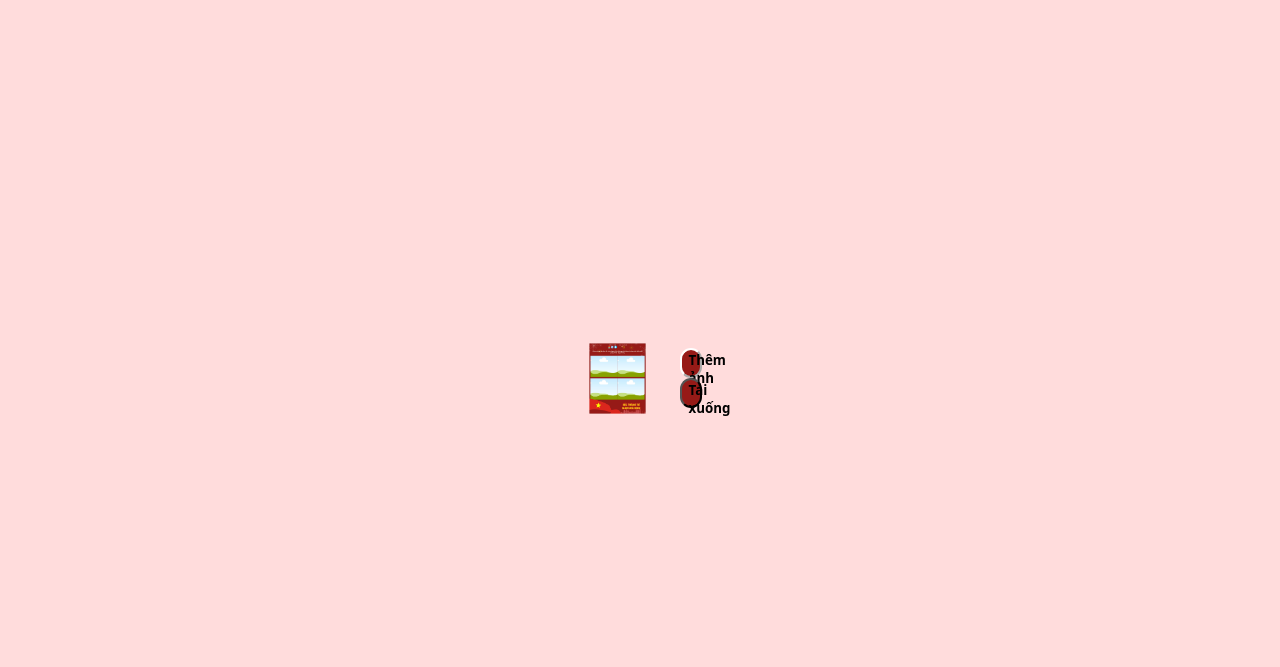
Repository: nguyentambinh/tuoitretdmu
Page: http://localhost/
The author's editor kept a copy of each file at every save. The page is drawn from the files as they stood at one save, then again after a run of saves.
The browser window is 1280 px wide. The pictures show the whole page.
The page is run by PHP 8.4 with error messages shown; the project is at /var/www/html/.

Above is the page before, as saved 2025-04-10 12:53:00.

After the next 2 saves:
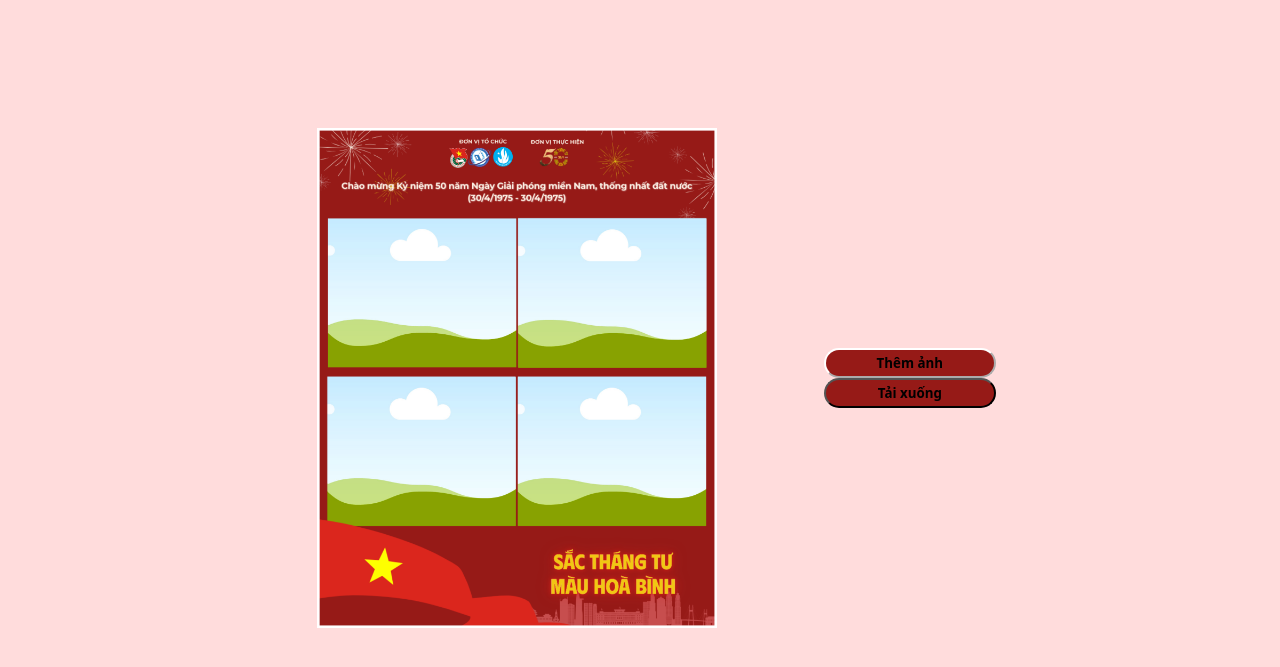
The 2 saves are shown as one change because they came seconds apart.
The last was saved 37 s later.
--- a/main.css
+++ b/main.css
@@ -11,8 +11,7 @@
 .background-box{
     display: flex;
     justify-content: center;
-    width: 80%;
-    height: 500px;
+
     background-position: center;
     background-image: url('./picture/FRAMEPHOTOBOOTH304.png');
     background-size: contain;
@@ -23,6 +22,8 @@
     display: grid;
     grid-template-columns: 70% 30%;
     gap: 20px;
+    width: 80%;
+    height: 500px;
 }
 .control-box{
     display: flex;
